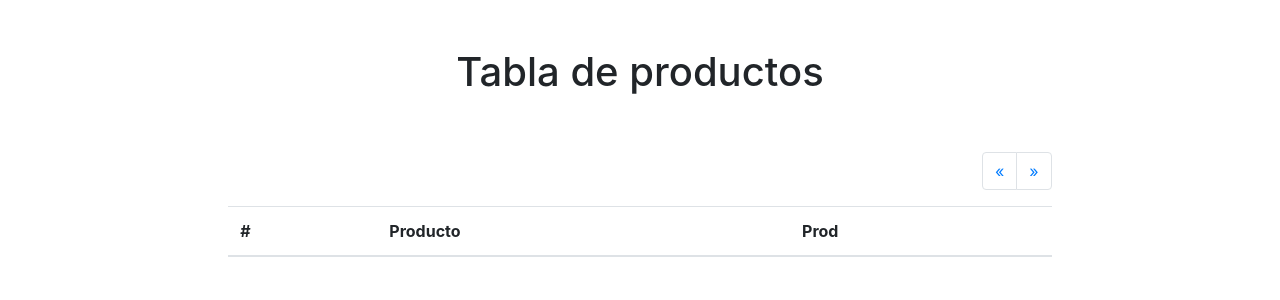
Repository: pedro-donoso/tabla-paginada
Page: index.html
An editor plug-in stored every save of this project. The page is shown before and after a run of saves, followed by the edit.
The browser window is 1280 px wide. The pictures show the whole page.
The page's requests for data from a server got no answer.

Above is the page before, as saved 2024-02-08 01:38:25.
Console error: TypeError: info.slice is not a function

After the next 2 saves:
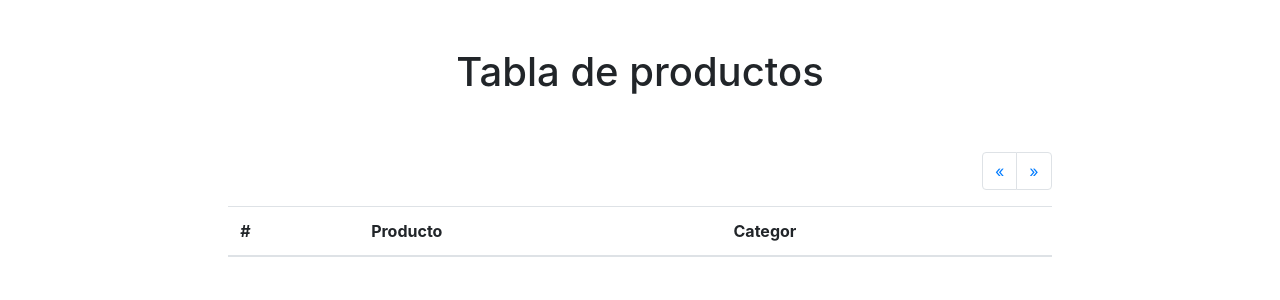
The 2 saves are shown as one change because they came seconds apart.
The last was saved 9 s later.
--- a/index.html
+++ b/index.html
@@ -45,7 +45,7 @@
                         <tr>
                             <th scope="col">#</th>
                             <th scope="col">Producto</th>
-                            <th scope="col">Prod</th>
+                            <th scope="col">Categor</th>
                         </tr>
                     </thead>
                     <tbody id="cuerpo-tabla">
